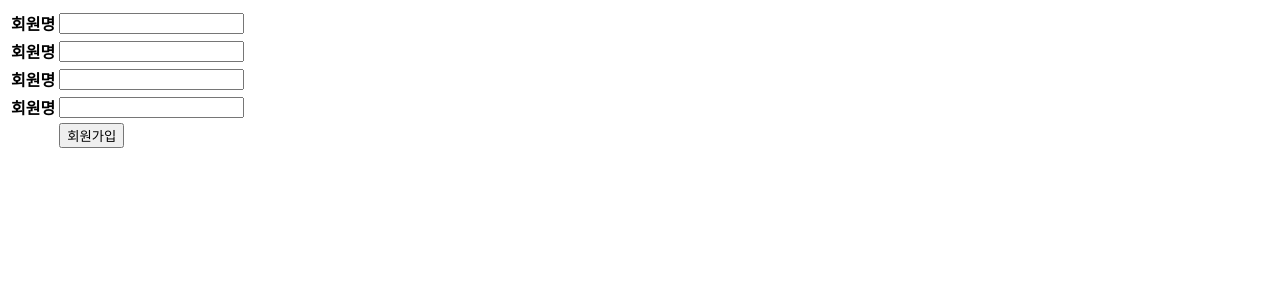
Repository: hyeri-seo/JSP
Page: http://localhost/Hello/signup.jsp
An editor plug-in stored every save of this project. The page is shown before and after the next save, followed by the edit.
The browser window is 1280 px wide. The pictures show the whole page.
The page is served by Tomcat 9. Other server files are loaded and not shown.

Above is the page before, as saved 2023-09-19 05:17:19.

### Hello/src/main/webapp/signup.jsp
<%@ page language="java" contentType="text/html; charset=UTF-8"
    pageEncoding="UTF-8"%>
<!DOCTYPE html>
<html>
<head>
<meta charset="UTF-8">
<title>Insert title here</title>
</head>
<body>
<form action="signup" method="post">
<table>
	<tr><th>회원명</th><td><input type="text" name="name"></td></tr>
	<tr><th>회원명</th><td><input type="text" name="name"></td></tr>
	<tr><th>회원명</th><td><input type="text" name="name"></td></tr>
	<tr><th>회원명</th><td><input type="text" name="name"></td></tr>
	<tr><td></td><td><input type="submit" value="회원가입"/></td></tr>
</table>
</form>
</body>
</html>

After the next save:
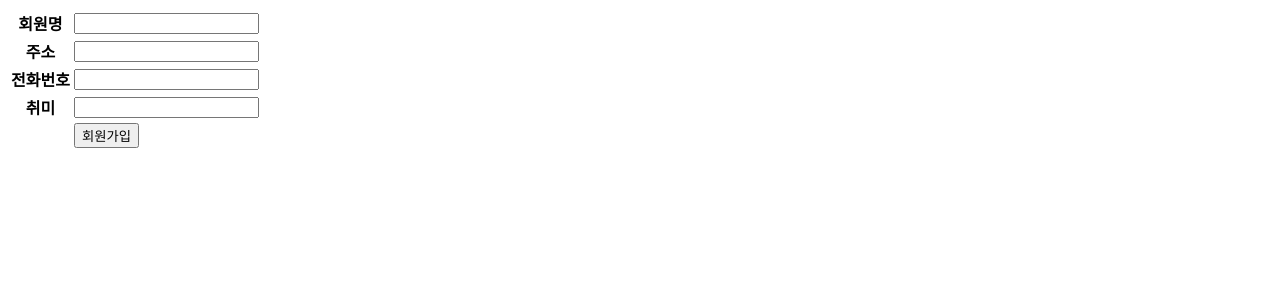
Saved 25 s later.
--- a/Hello/src/main/webapp/signup.jsp
+++ b/Hello/src/main/webapp/signup.jsp
@@ -10,9 +10,9 @@
 <form action="signup" method="post">
 <table>
 	<tr><th>회원명</th><td><input type="text" name="name"></td></tr>
-	<tr><th>회원명</th><td><input type="text" name="name"></td></tr>
-	<tr><th>회원명</th><td><input type="text" name="name"></td></tr>
-	<tr><th>회원명</th><td><input type="text" name="name"></td></tr>
+	<tr><th>주소</th><td><input type="text" name="name"></td></tr>
+	<tr><th>전화번호</th><td><input type="text" name="name"></td></tr>
+	<tr><th>취미</th><td><input type="text" name="name"></td></tr>
 	<tr><td></td><td><input type="submit" value="회원가입"/></td></tr>
 </table>
 </form>
